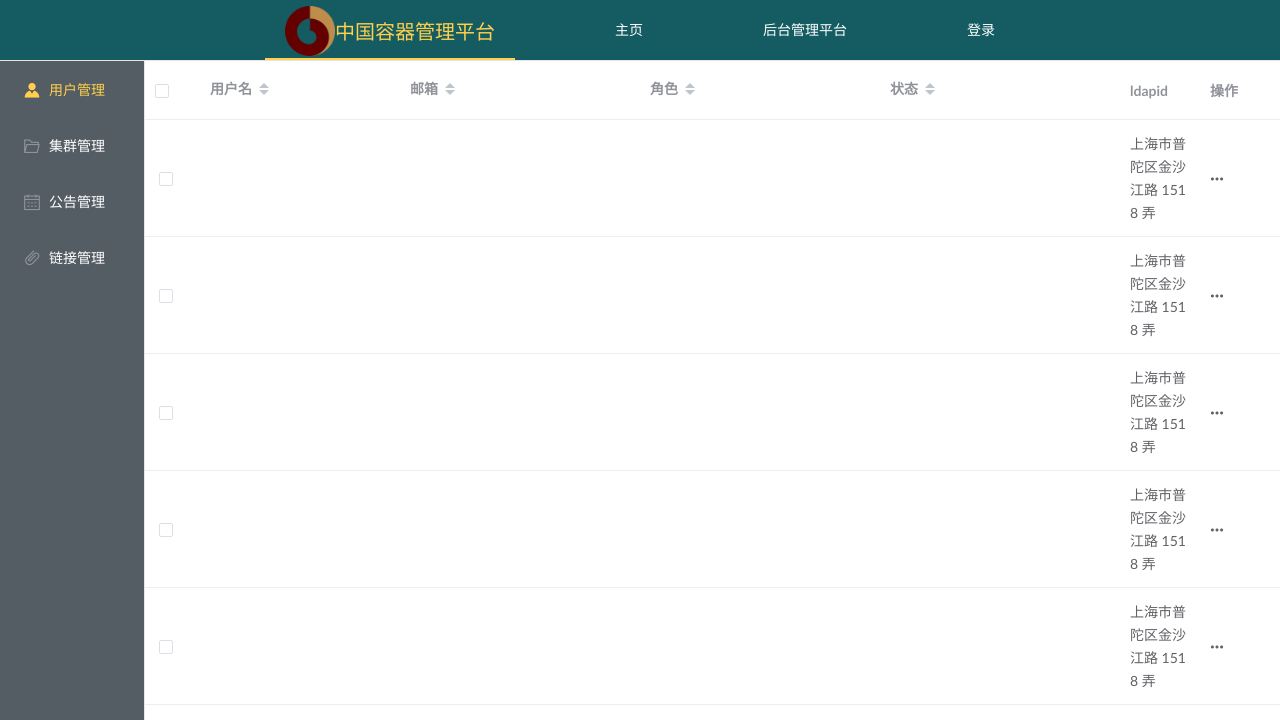
Repository: lei123zhou/zhongjin
Page: /main/management/user
These files come from the project's save history. The page is drawn as it stood at one moment and after the next save; the edit follows.
The browser window is 1280 px wide. The pictures show the whole page.
The project was rebuilt for these pictures with package versions that can differ from the ones it lists, and the page was loaded fresh each time. Also part of the build but not shown: vue.config.js.

Above is the page before, as saved 2022-08-29 22:19:20.

After the next save:
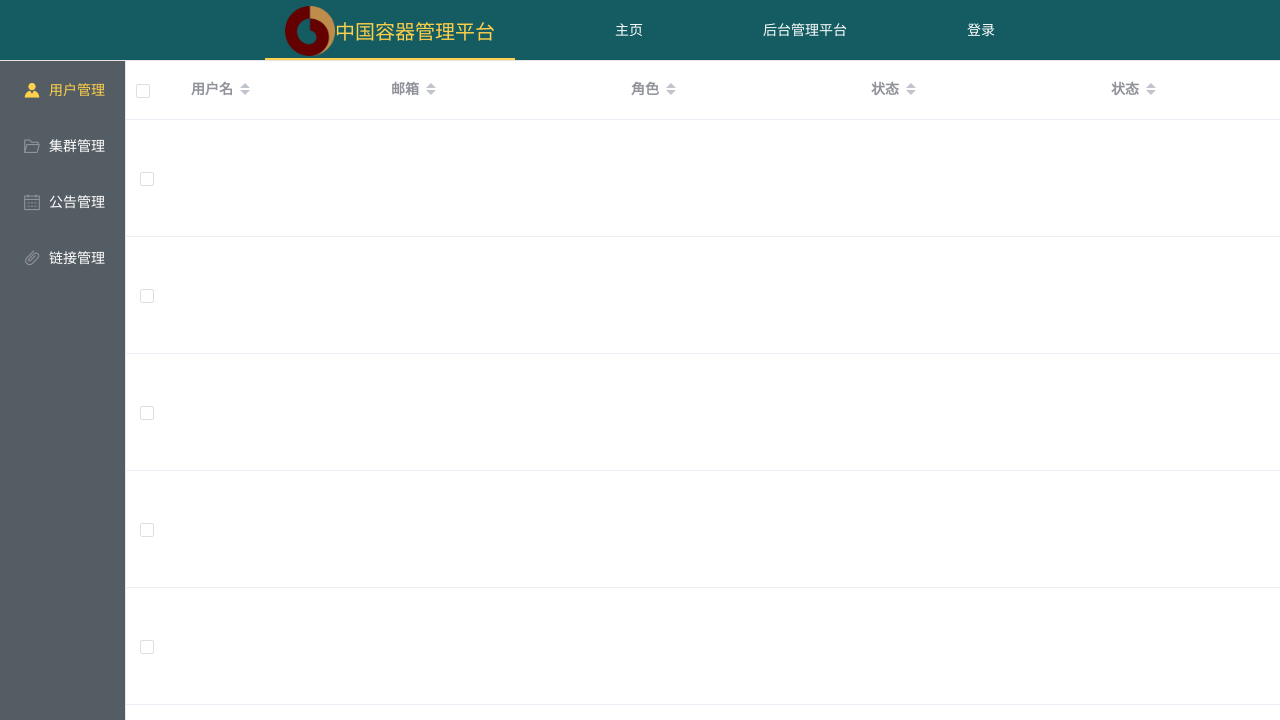
Saved 9 s later.
--- a/src/pages/management/user/UserPage.vue
+++ b/src/pages/management/user/UserPage.vue
@@ -13,6 +13,8 @@
       <el-table-column prop="email" label="邮箱" sortable width="240">
       </el-table-column>
       <el-table-column prop="role" label="角色" sortable width="240">
+      </el-table-column>
+      <el-table-column prop="state" label="状态" sortable width="240">
       </el-table-column>
       <el-table-column prop="state" label="状态" sortable width="240">
       </el-table-column>
